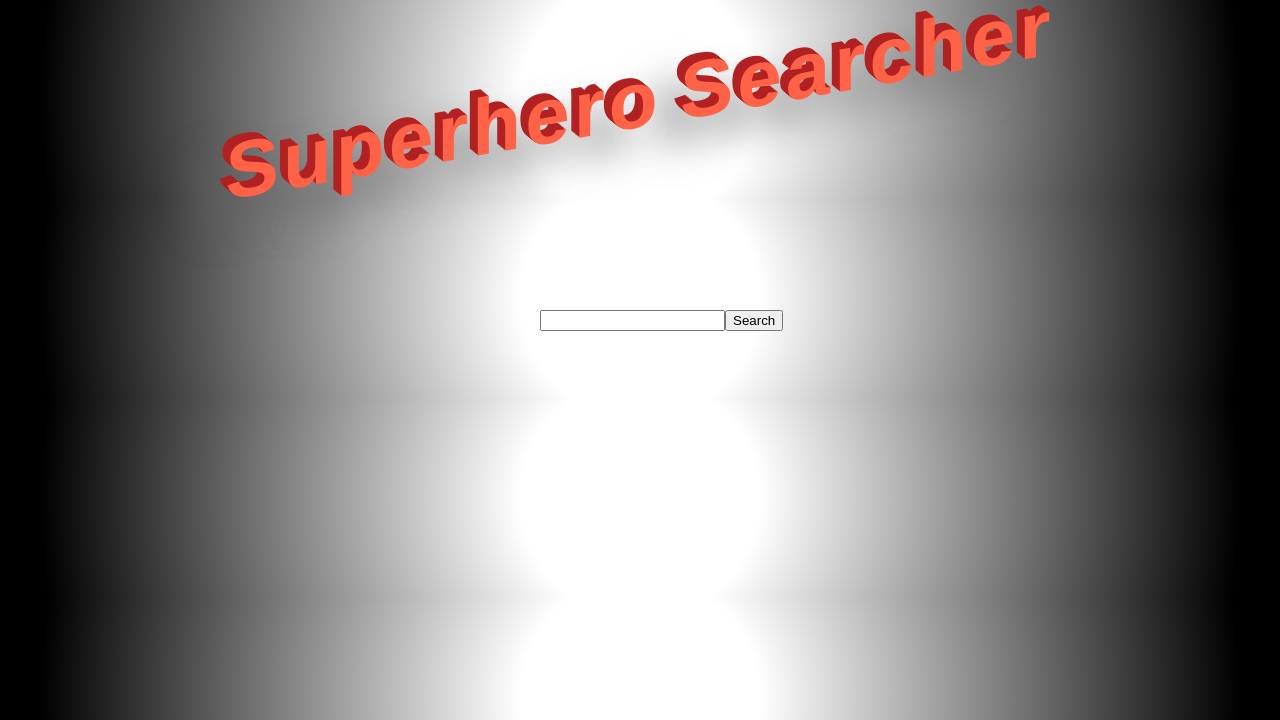
Repository: savi1623/SuperheroSearcher
Page: / (app in my-app/)
The author's editor kept a copy of each file at every save. The page is drawn from the files as they stood at one save, then again after the next save.
The browser window is 1280 px wide. The pictures show the whole page.
The project was rebuilt for these pictures with package versions that can differ from the ones it lists, and the page was loaded fresh each time. Also part of the build but not shown: my-app/src/SuperImage/SuperImage.scss, my-app/src/SuperImage/SuperImage.js, my-app/src/Stats/Stats.scss, my-app/src/Stats/Stats.js, my-app/src/Biography/Biography.scss, my-app/src/Biography/Biography.js, my-app/src/Apperance/Apperance.scss, my-app/src/Apperance/Apperance.js and 8 more.

Above is the page before, as saved 2020-02-28 10:37:44.

### my-app/src/index.js
import React from 'react';
import ReactDOM from 'react-dom';
import App from './App/App.js';

ReactDOM.render(<App />, document.getElementById('root'));

// If you want your app to work offline and load faster, you can change
// unregister() to register() below. Note this comes with some pitfalls.
// Learn more about service workers: https://bit.ly/CRA-PWA

### my-app/src/App/App.js
import React from 'react';
import SuperSearch from '../SuperSearch/SuperSearch.js';
import ReactModal from 'react-modal';
import './App.scss';

class App extends React.Component {
  constructor(props) {
    super(props);
    this.state = {
      modalIsOpen: false,
      hero: 'batman',
    };
    this.onChange = this.onChange.bind(this);
    this.openModal = this.openModal.bind(this);
    this.closeModal = this.closeModal.bind(this);
  }

  onChange(e) {
    this.setState({ hero: e.target.value });
  }

  openModal() {
    this.setState({
      modalIsOpen: true
    })
  }

  closeModal() {
    this.setState({
      modalIsOpen: false
    })
  }


  render() {
    const { modalIsOpen } = this.state;
    return (
      <div className='App'>
        <h1 className='logo'>Superhero Searcher</h1>
        <div className='searchForm'>
          <input className='searchBar' type='text' onChange={this.onChange} />
          <button className='searchButton' onClick={this.openModal}>Search</button>
        </div>
        <ReactModal
          isOpen={modalIsOpen}
          onAfterOpen={this.afterOpenModal}
          onRequestClose={this.closeModal}
          className="statModal"
          overlayClassName="statOverlay"
          contentLabel="Stat Modal">
          <button onClick={this.closeModal}>Back</button>
          <SuperSearch superShow={this.state.superShow} hero={this.state.hero} />
        </ReactModal>
      </div>
    );
  }
}

export default App;

### my-app/src/App/App.scss
body {
  background: radial-gradient(600px at 50% 50% , #fff 20%, #000 100%);

}

.logo {
  text-align: center;
  font-family: 'Oswald', Helvetica, sans-serif;
  font-size: 80px;
  transform: skewY(-10deg);
  letter-spacing: 4px;
  word-spacing: -8px;
  color: tomato;
  text-shadow:
    -1px -1px 0 firebrick,
    -2px -2px 0 firebrick,
    -3px -3px 0 firebrick,
    -4px -4px 0 firebrick,
    -5px -5px 0 firebrick,
    -6px -6px 0 firebrick,
    -7px -7px 0 firebrick,
    -8px -8px 0 firebrick,
    -30px 20px 40px dimgrey
}

.searchForm{
  position: fixed;
  top: 50%;
  left: 50%;
  margin-top: -50px;
  margin-left: -100px;
}

Loaded but not shown: my-app/public/index.html (common file)

After the next save:
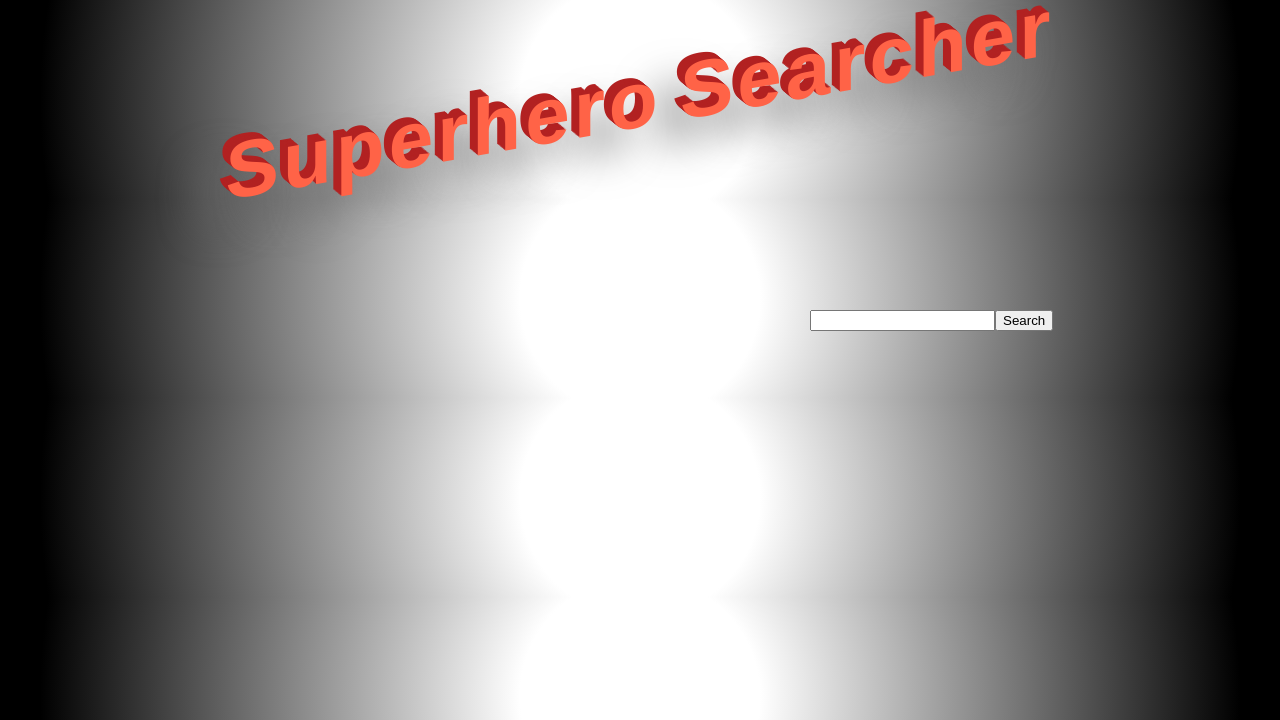
Saved 49 s later.
--- a/my-app/src/App/App.scss
+++ b/my-app/src/App/App.scss
@@ -29,4 +29,15 @@
   left: 50%;
   margin-top: -50px;
   margin-left: -100px;
+  height: 50px;
+  width: 300px;
+  margin-left: 170px;
 }
+
+.searchBar{
+
+}
+
+.searchButton{
+
+}

After the save that followed:
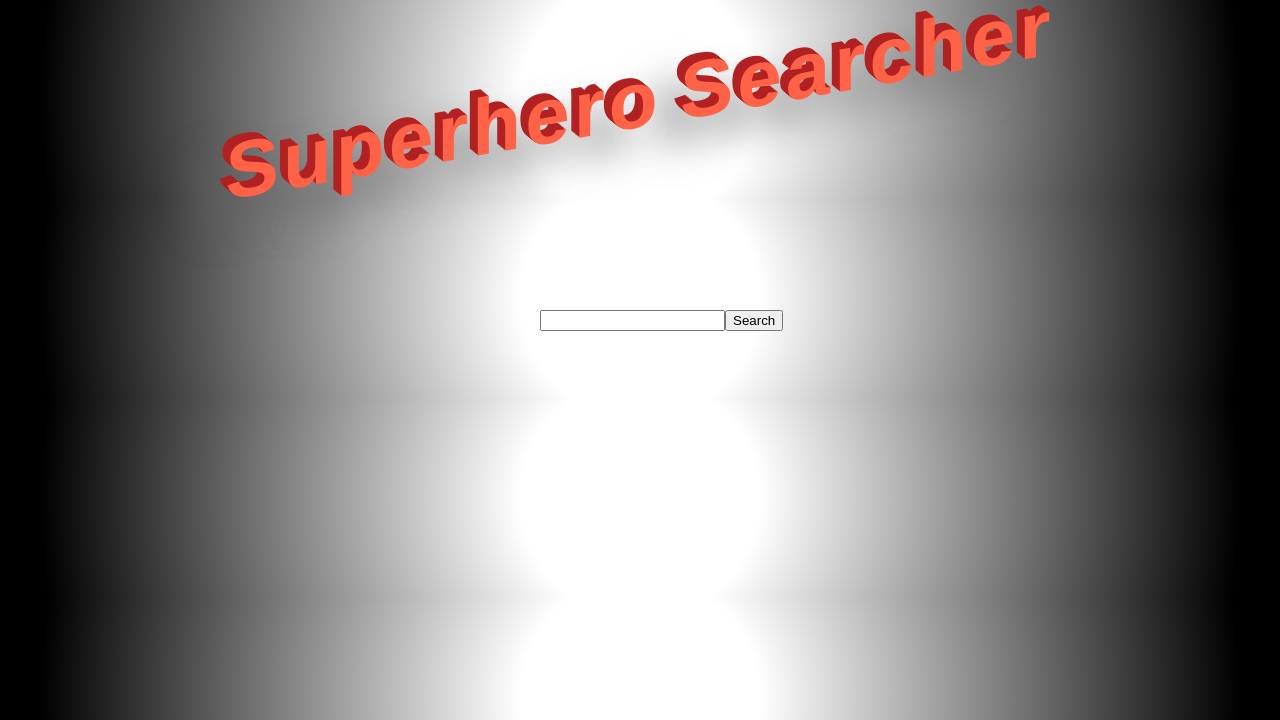
Saved 13 s later.
--- a/my-app/src/App/App.scss
+++ b/my-app/src/App/App.scss
@@ -31,7 +31,6 @@
   margin-left: -100px;
   height: 50px;
   width: 300px;
-  margin-left: 170px;
 }
 
 .searchBar{
